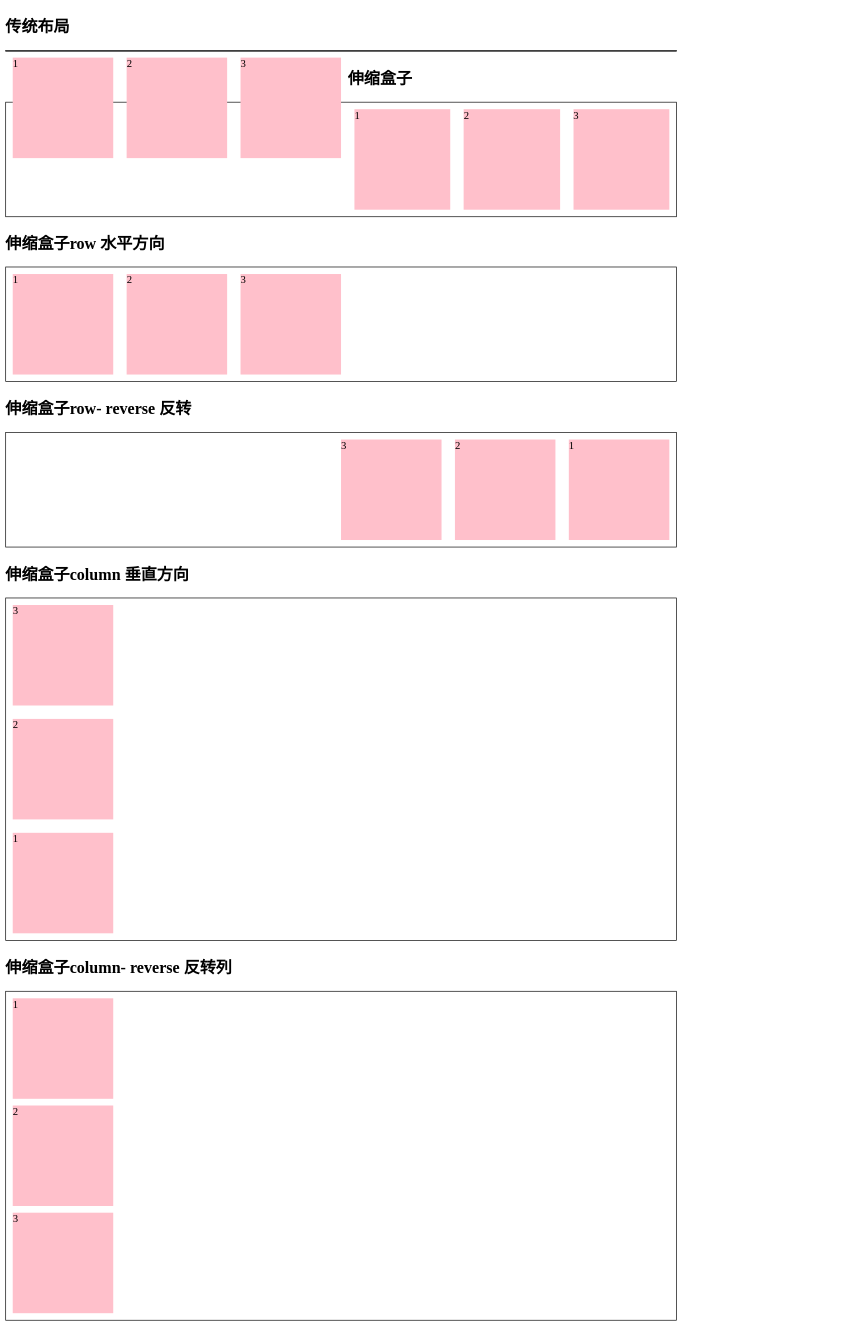
Repository: liuxi0811/web-demo
Page: 伸缩布局.html
The author's editor kept a copy of each file at every save. The page is drawn from the files as they stood at one save, then again after the next save.
The browser window is 1280 px wide. The pictures show the whole page, at 67% of full size.

Above is the page before, as saved 2020-12-03 18:19:17.

### 伸缩布局.html
<!DOCTYPE html>
<html lang="en">

<head>
    <meta charset="UTF-8">
    <meta name="viewport" content="width=device-width, initial-scale=1.0">
    <title>Document</title>
    <style>
        div {
            width: 1000px;

            border: 1px solid;
        }

        li {
            width: 150px;
            height: 150px;
            background: pink;
            margin: 10px;
            /* display: flex; */

        }

        ul {
            list-style: none;
            margin: 0px;
            padding: 0px;

        }

        /* section:nth-child(1) ul{
           overflow: hidden;
        } */
        section:nth-child(1) ul li{
            float: left;
        }
        section:nth-child(2) ul{
            display: flex;
        }

        section:nth-child(3) ul{
            display: flex;
            flex-direction: row;
        }

        section:nth-child(4) ul{
            display: flex;
            flex-direction:row-reverse;
        }
        section:nth-child(5) ul{
            display: flex;
            flex-direction:column;
        }
        section:nth-child(5) ul{
            display: flex;
            flex-direction:column-reverse;
        }
    </style>
</head>

<body>
    <section>
        <h1>传统布局</h1>
        <div>
            <ul>
                <li>1</li>
                <li>2</li>
                <li>3</li>
        </div>
    </section>

    <section>
        <h1>伸缩盒子</h1>
        <div>
            <ul>
                <li>1</li>
                <li>2</li>
                <li>3</li>
        </div>
    </section>

    <section>
        <h1>伸缩盒子row 水平方向</h1>
        <div>
            <ul>
                <li>1</li>
                <li>2</li>
                <li>3</li>
        </div>
    </section>

    <section>
        <h1>伸缩盒子row- reverse 反转</h1>
        <div>
            <ul>
                <li>1</li>
                <li>2</li>
                <li>3</li>
        </div>
    </section>

    <section>
        <h1>伸缩盒子column 垂直方向</h1>
        <div>
            <ul>
                <li>1</li>
                <li>2</li>
                <li>3</li>
        </div>
    </section>

    <section>
        <h1>伸缩盒子column- reverse 反转列</h1>
        <div>
            <ul>
                <li>1</li>
                <li>2</li>
                <li>3</li>
        </div>
    </section>
</body>

</html>

After the next save:
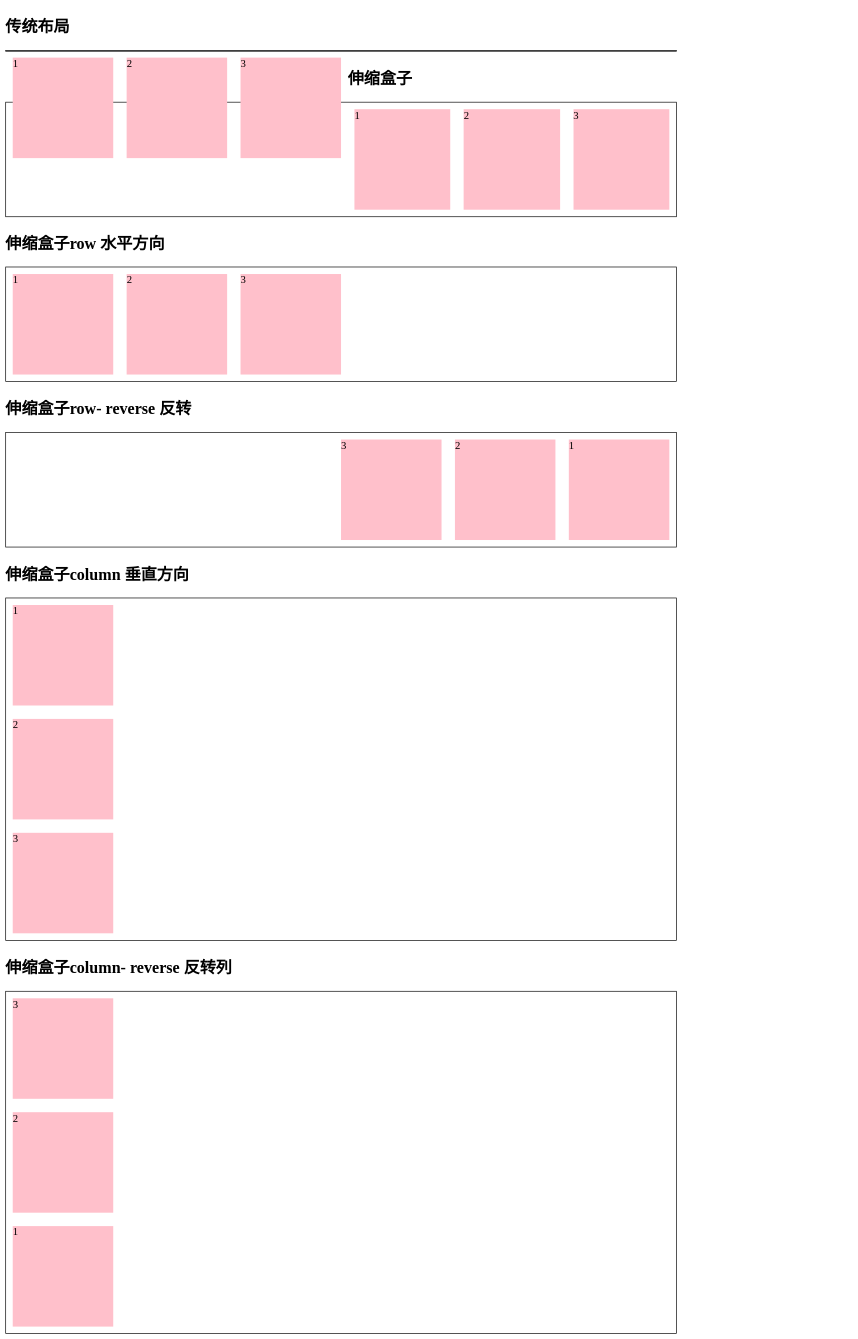
Saved 11 s later.
--- a/伸缩布局.html
+++ b/伸缩布局.html
@@ -51,7 +51,7 @@
             display: flex;
             flex-direction:column;
         }
-        section:nth-child(5) ul{
+        section:nth-child(6) ul{
             display: flex;
             flex-direction:column-reverse;
         }
